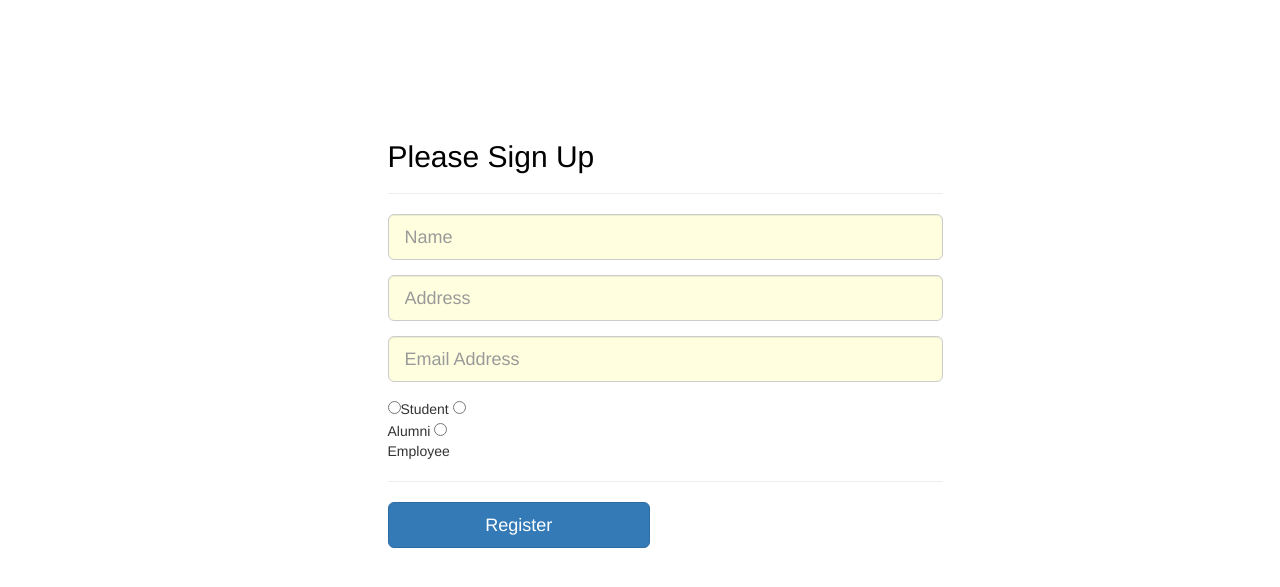
Repository: 123poornima/UpdatedSecondProject
Page: frontendPro/WebContent/_user/register.html
These files come from the project's save history. The page is drawn as it stood at one moment and after the next save; the edit follows.
The browser window is 1280 px wide. The pictures show the whole page.

Above is the page before, as saved 2017-01-10 06:05:07.

### frontendPro/WebContent/_user/register.html
<!DOCTYPE html>
<html>
<head>
<meta charset="ISO-8859-1">
<link rel="stylesheet" href="http://maxcdn.bootstrapcdn.com/bootstrap/3.3.7/css/bootstrap.min.css">

<!-- jQuery library -->
<script src="https://ajax.googleapis.com/ajax/libs/jquery/1.12.4/jquery.min.js"></script>

<!-- Latest compiled JavaScript -->
<script src="http://maxcdn.bootstrapcdn.com/bootstrap/3.3.7/js/bootstrap.min.js"></script>
<title>Insert title here</title>
</head>
<body>

<!-- Registration code -->
<div class="container" >



   <div class="container" style="align:center; margin: 120px 0px 0px 10px">
   <div class="row">
    <div class="col-xs-12 col-sm-8 col-md-6 col-sm-offset-2 col-md-offset-3">





       <h2 style="color:#000000;align:center">Please Sign Up</h2>
		<hr class="colorgraph">

			<div class="form-group" >
                  <input style="background-color:#FFFFE0" required="true" ng-model="user.username" path="name" type="text" name="name" class="form-control input-lg" placeholder="Name" tabindex="1" />
		    </div>



			<div class="form-group">
				<input style="background-color:#FFFFE0" path="address" required="true"  type="password" ng-model="user.password" name="password" class="form-control input-lg" placeholder="Address" tabindex="3" />
			</div>



			<div class="form-group">
				<input style="background-color:#FFFFE0" required="true"  path="mailId" type="email" name="email" id="email" class="form-control input-lg" placeholder="Email Address" tabindex="5" />
			</div>
			<div class="row">
				<div class="col-xs-4 col-sm-3 col-md-3">
					<input type="radio" ng-model="user.role" value="STUDENT">Student
                    <input type="radio" ng-model="user.role" value="ALUMNI">Alumni
                    <input type="radio" ng-model="user.role" value="EMPLOYEE">Employee
				</div>

			</div>

			<hr class="colorgraph">
			<div class="row">
				<div class="col-xs-12 col-md-6"><input type="submit" ng-click="registerUser()" value="Register" class="btn btn-primary btn-block btn-lg" tabindex="6" ></div>

			</div>

      </div>
       </div>
    </div>
   </div>
<!-- <form>
<table>
<tr><td>Username</td><td><input type="text" ng-model="user.username"></td></tr>
<tr><td>password</td><td><input type="password" ng-model="user.password"></td></tr>
<tr><td>email</td><td><input type="text" ng-model="user.email"></td></tr>



<tr><td>Select role</td><td>
<input type="radio" ng-model="user.role" value="STUDENT">Student
<input type="radio" ng-model="user.role" value="ALUMNI">Alumni
<input type="radio" ng-model="user.role" value="EMPLOYEE">Employee</td>
</tr>

<tr><td><input type="submit" ng-click="registerUser()" value="Register"></td></tr>


</table>

</form>
{{errorMessage}} -->
</body>
</html>

After the next save:
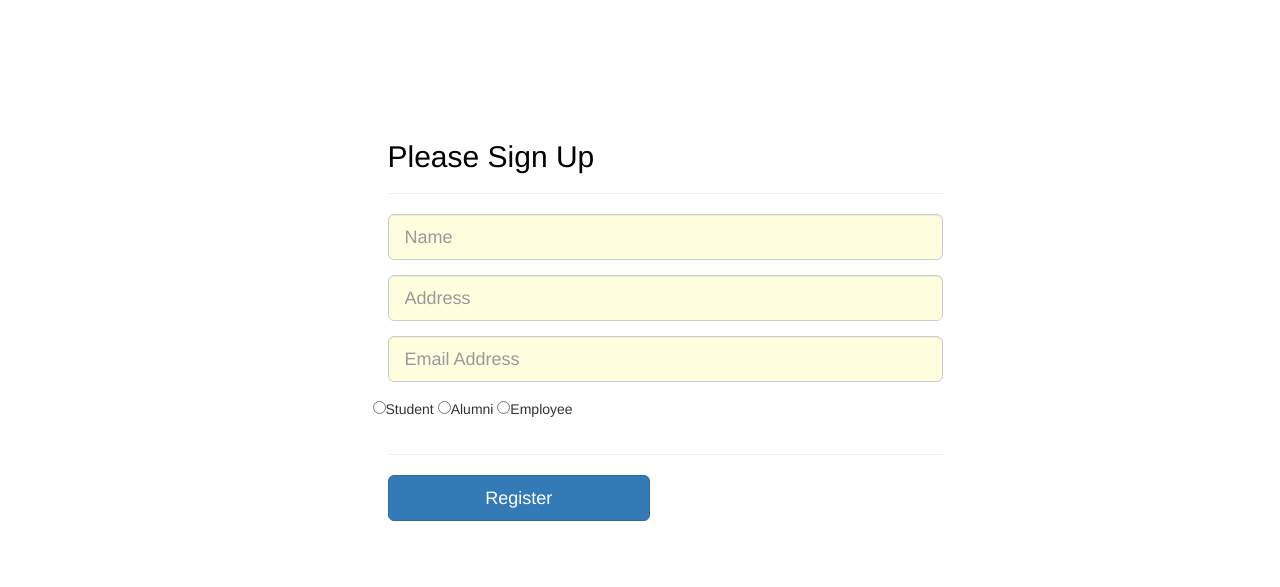
Saved 46 s later.
--- a/frontendPro/WebContent/_user/register.html
+++ b/frontendPro/WebContent/_user/register.html
@@ -45,7 +45,7 @@
 				<input style="background-color:#FFFFE0" required="true"  path="mailId" type="email" name="email" id="email" class="form-control input-lg" placeholder="Email Address" tabindex="5" />
 			</div>
 			<div class="row">
-				<div class="col-xs-4 col-sm-3 col-md-3">
+				<div class="form-group">
 					<input type="radio" ng-model="user.role" value="STUDENT">Student
                     <input type="radio" ng-model="user.role" value="ALUMNI">Alumni
                     <input type="radio" ng-model="user.role" value="EMPLOYEE">Employee
